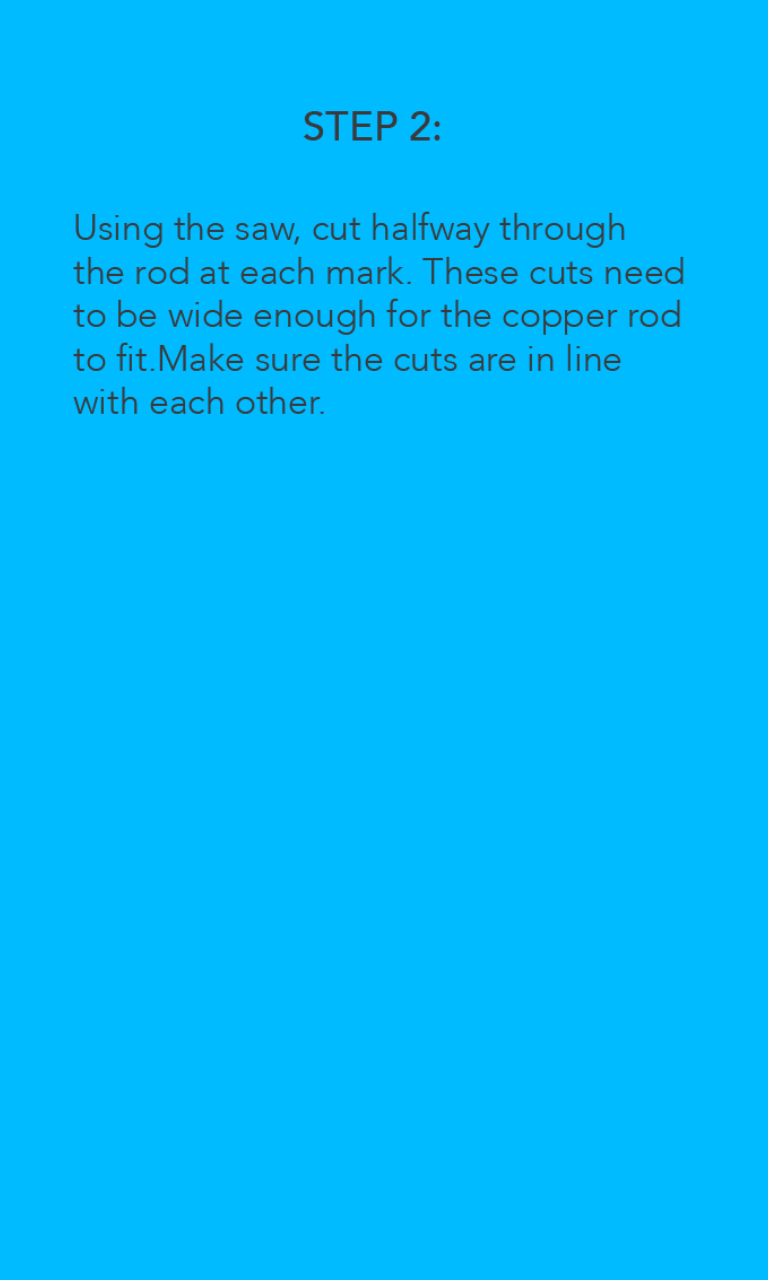
Repository: sbobhate/Android-Applications
Layout: InstructionNavigation/res/layout/activity_fragment2.xml
The author's editor kept a copy of each file at every save. The layout is drawn from the files as they stood at one save, then again after the next save.
It is drawn on a 768 x 1280 px phone screen (xhdpi) without system bars, with theme AppTheme; the app's code is not run.

Above is the layout before, as saved 2014-02-20 22:38:33.

### InstructionNavigation/res/layout/activity_fragment2.xml
<RelativeLayout xmlns:android="http://schemas.android.com/apk/res/android"
    xmlns:tools="http://schemas.android.com/tools"
    android:layout_width="match_parent"
    android:layout_height="match_parent"
    android:paddingBottom="@dimen/activity_vertical_margin"
    android:paddingLeft="@dimen/activity_horizontal_margin"
    android:paddingRight="@dimen/activity_horizontal_margin"
    android:paddingTop="@dimen/activity_vertical_margin"
    tools:context=".Fragment2"
    android:background="#00BBFF" >

    <ImageView
       	android:id="@+id/title2"
        android:src="@drawable/step2"
        android:layout_width="wrap_content"
        android:layout_height="wrap_content"
        android:layout_centerHorizontal="true"
        android:layout_margin="20dp"
       	/>

</RelativeLayout>

Loaded but not shown: InstructionNavigation/res/values/styles.xml (common file); InstructionNavigation/res/values-v11/styles.xml (common file); InstructionNavigation/res/values-v14/styles.xml (common file); InstructionNavigation/res/values/dimens.xml (common file)

After the next save:
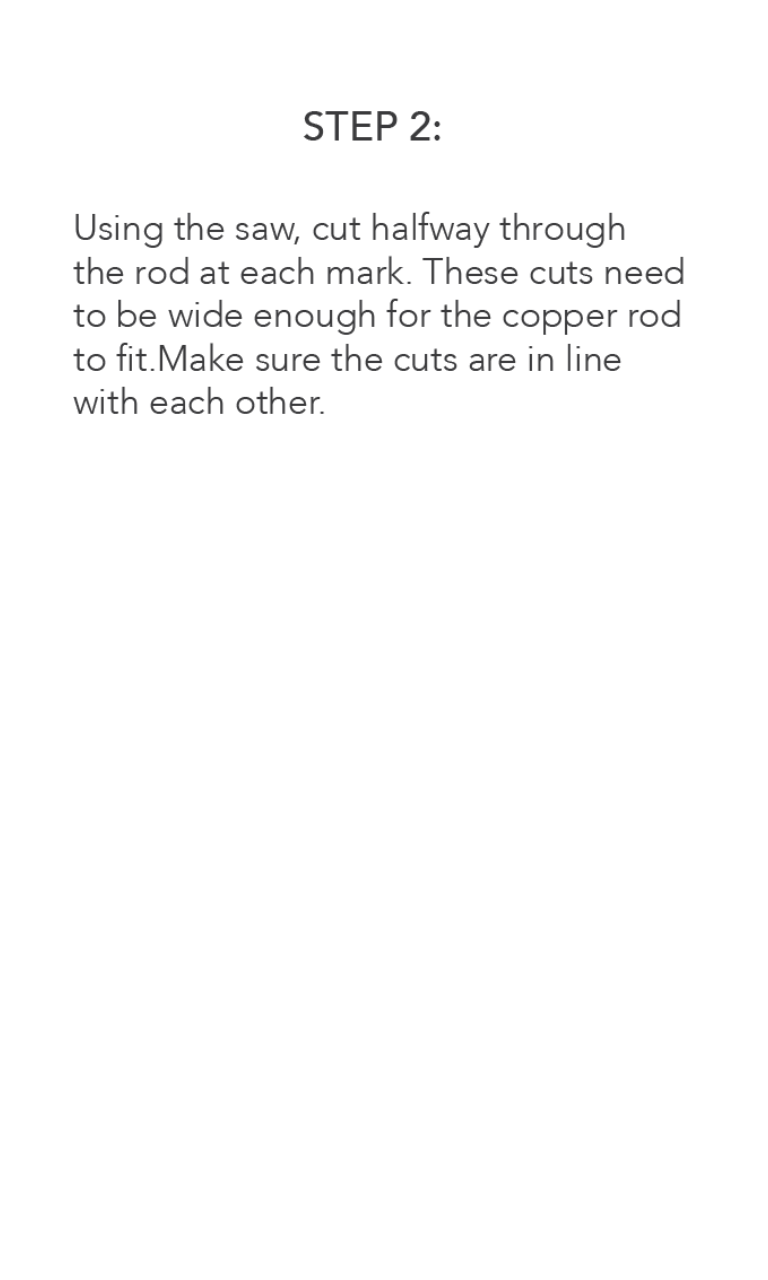
Saved 19 s later.
--- a/InstructionNavigation/res/layout/activity_fragment2.xml
+++ b/InstructionNavigation/res/layout/activity_fragment2.xml
@@ -6,8 +6,7 @@
     android:paddingLeft="@dimen/activity_horizontal_margin"
     android:paddingRight="@dimen/activity_horizontal_margin"
     android:paddingTop="@dimen/activity_vertical_margin"
-    tools:context=".Fragment2"
-    android:background="#00BBFF" >
+    tools:context=".Fragment2" >
 
     <ImageView
        	android:id="@+id/title2"
